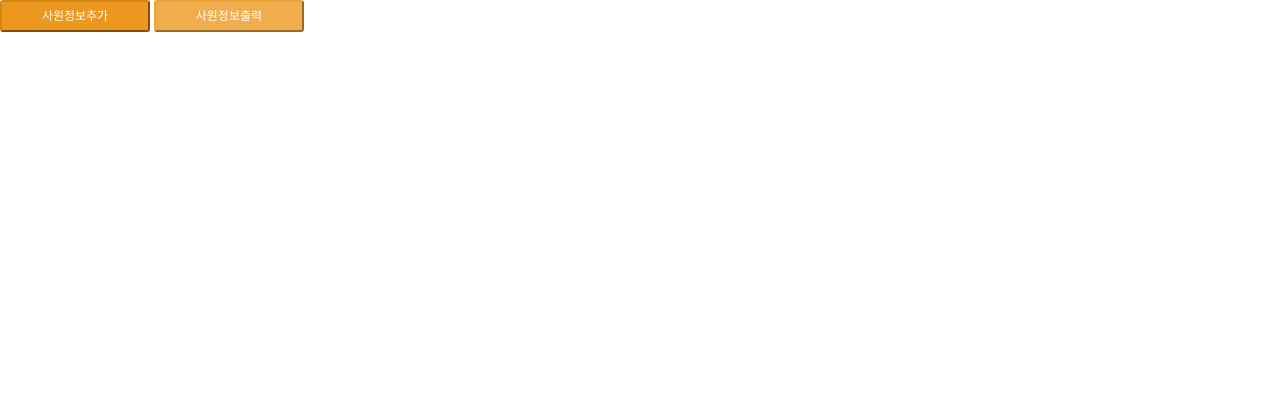
Repository: KIM-KYOUNG-OH/bitcamp-window
Page: WebProject/WebContent/day1027/Sawon.html
These files come from the project's save history. The page is drawn as it stood at one moment and after the next save; the edit follows.
The browser window is 1280 px wide. The pictures show the whole page.
Some web libraries are served in a nearby version.

Above is the page before, as saved 2020-10-28 04:12:20.

After the next save:
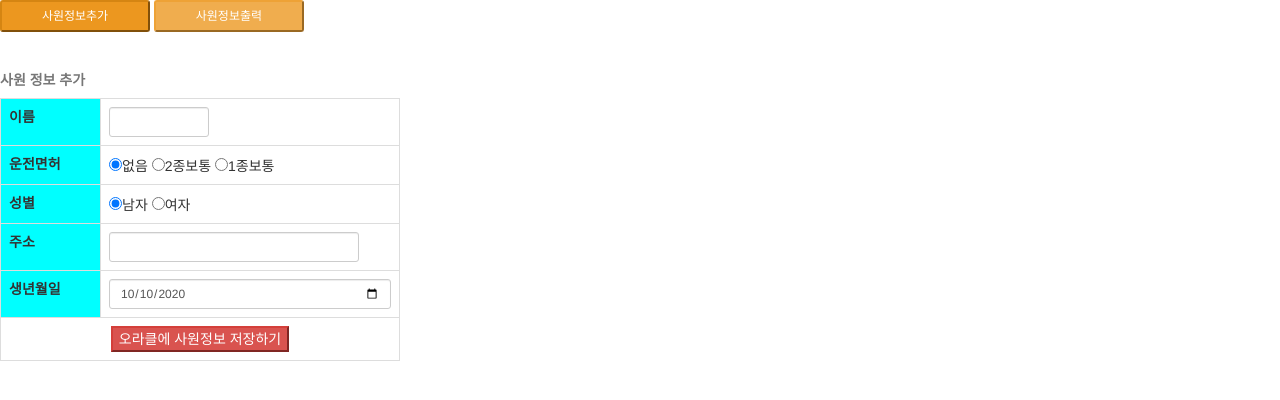
Console error: SyntaxError: Unexpected token 'function'
Saved 106 s later.
--- a/WebProject/WebContent/day1027/Sawon.html
+++ b/WebProject/WebContent/day1027/Sawon.html
@@ -36,7 +36,6 @@
     text-align: center;
     font-size: 30px;
 	}
-
 </style>
 <script type="text/javascript">
 	$(function(){
@@ -104,6 +103,7 @@
 
 		$(document).on("click","button.update",function(){
 	    	$("#myModal").modal();
+	    	getData();
 	  	});
 
 	});//function close
@@ -122,6 +122,8 @@
 		});
 	}
 
+	// modal 열기
+	function getData
 	//데이터추가
 	function addData(name, address, driver, gender, birthday){
 		//alert(driver);

After the save that followed:
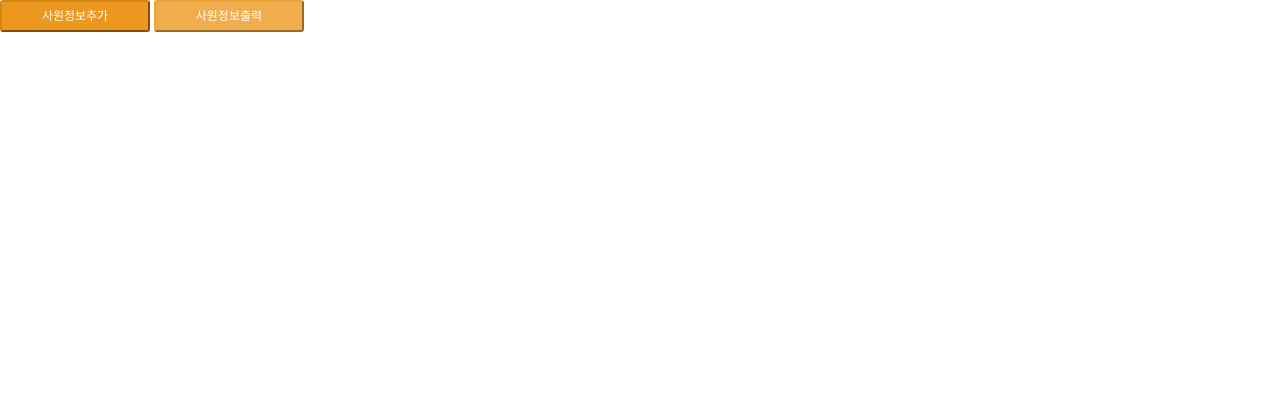
The error is gone.
Saved 36 s later.
--- a/WebProject/WebContent/day1027/Sawon.html
+++ b/WebProject/WebContent/day1027/Sawon.html
@@ -103,7 +103,7 @@
 
 		$(document).on("click","button.update",function(){
 	    	$("#myModal").modal();
-	    	getData();
+	    	getData(num);
 	  	});
 
 	});//function close
@@ -123,7 +123,10 @@
 	}
 
 	// modal 열기
-	function getData
+	function getData(num){
+
+	}
+
 	//데이터추가
 	function addData(name, address, driver, gender, birthday){
 		//alert(driver);
